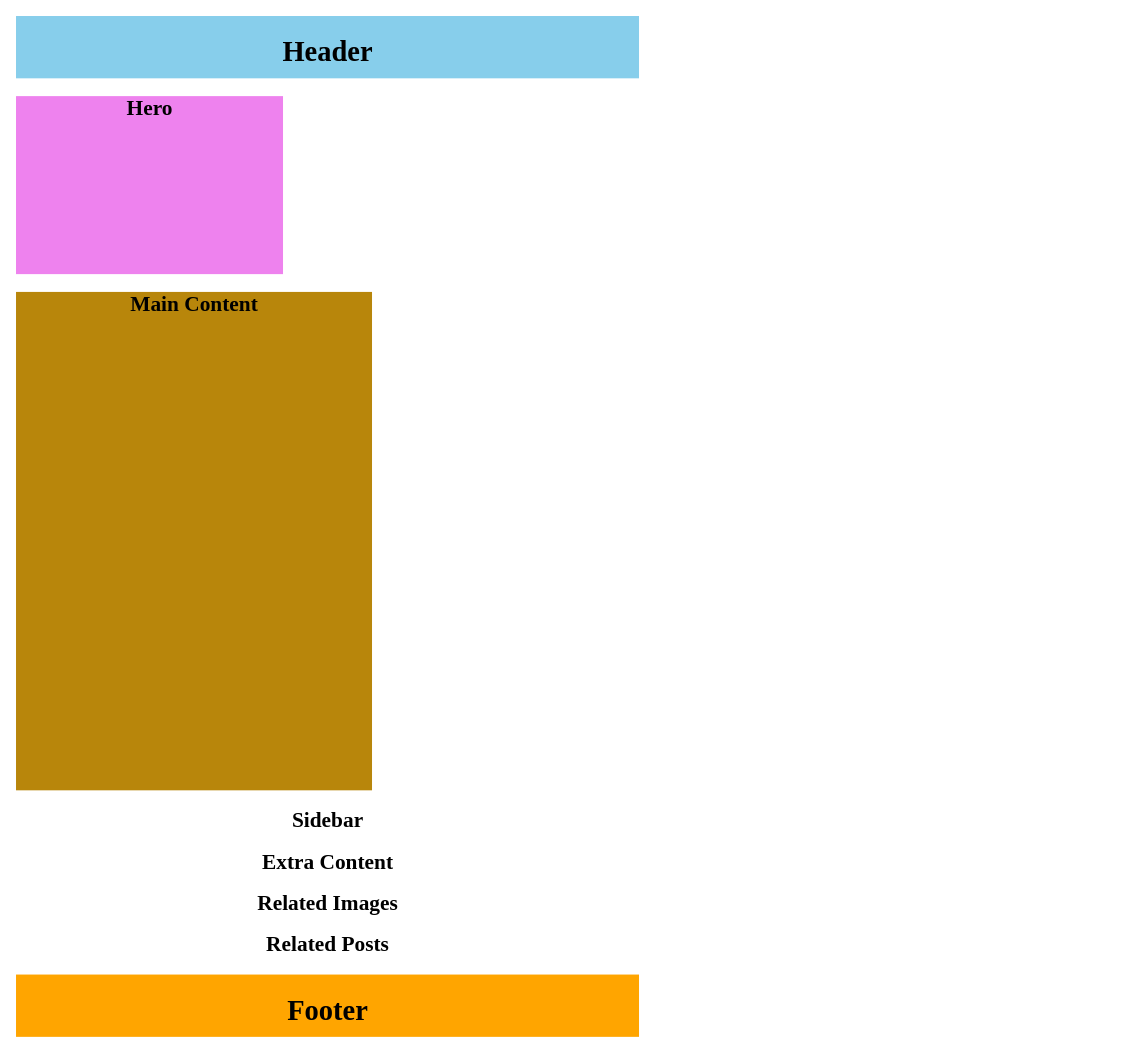
Repository: harshitanthal1/assignments_avisoft
Page: 01-02-2024/assignment_2/index.html
An editor plug-in stored every save of this project. The page is shown before and after the next save, followed by the edit.
The browser window is 1280 px wide. The pictures show the whole page, at 89% of full size.

Above is the page before, as saved 2024-02-01 18:03:43.

After the next save:
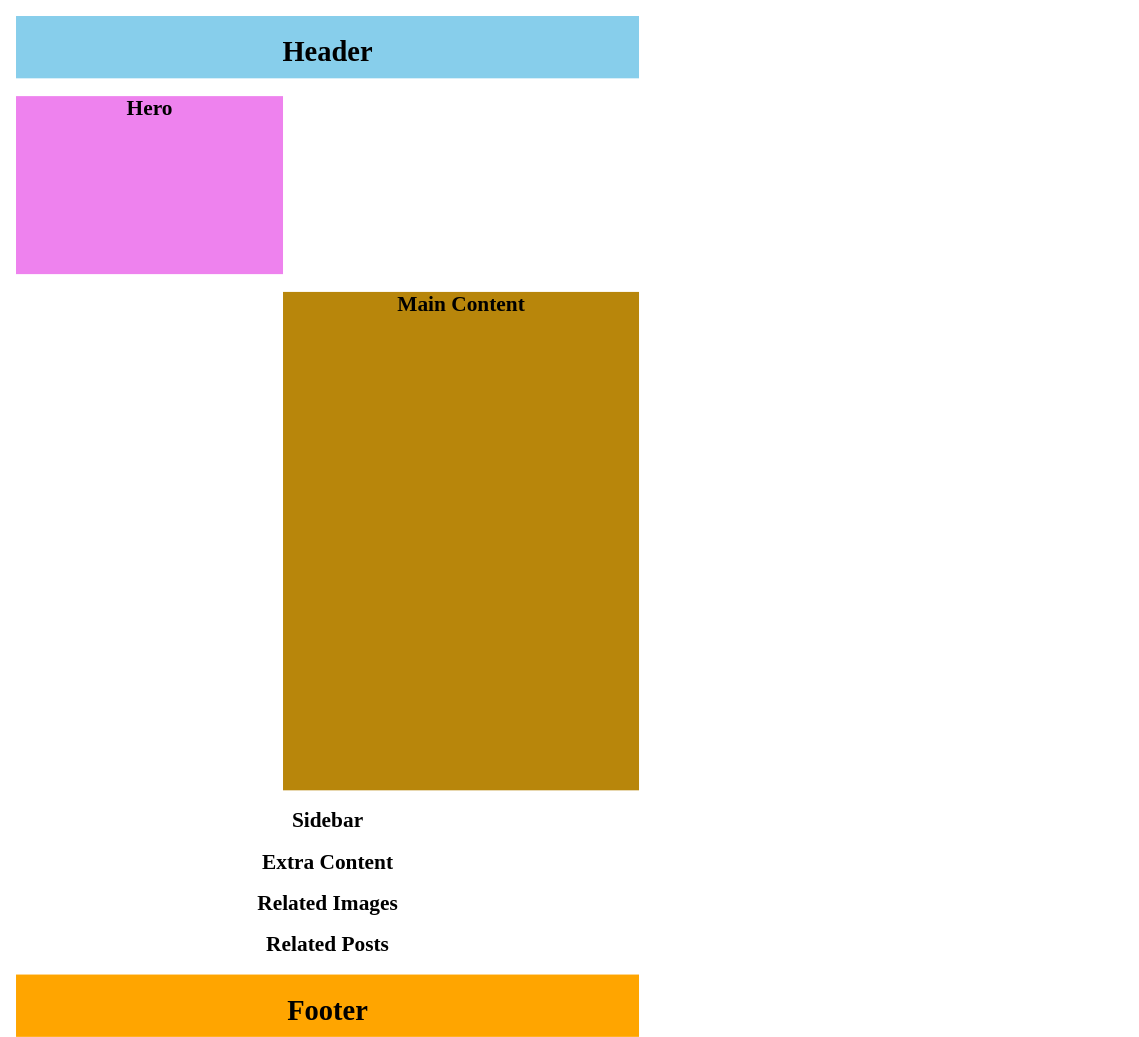
Saved 78 s later.
--- a/01-02-2024/assignment_2/styles/styles.css
+++ b/01-02-2024/assignment_2/styles/styles.css
@@ -25,6 +25,7 @@
     background-color: darkgoldenrod;
     width: 400px;
     height: 560px;
+    margin-left: 300px;
 }
 
 #footer {
